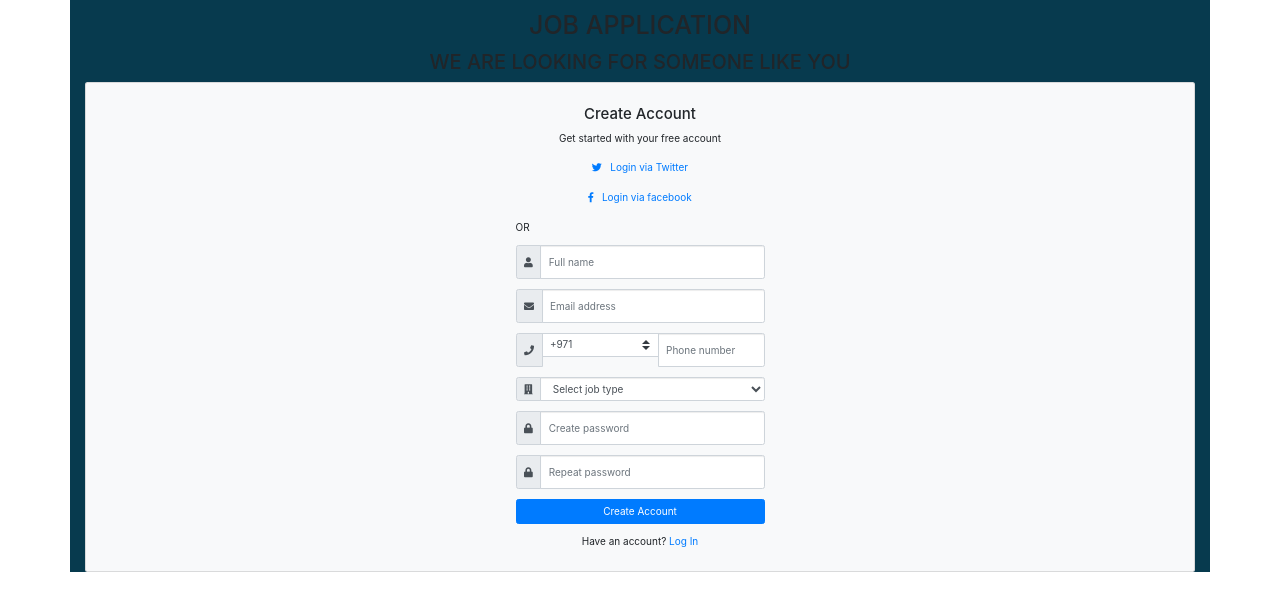
Repository: jenny241093/JS-Core
Page: 03.JSApplications/06.JSForFrontEndEx/skeleton/index.html
The author's editor kept a copy of each file at every save. The page is drawn from the files as they stood at one save, then again after the next save.
The browser window is 1280 px wide. The pictures show the whole page.
Some web libraries are served in a nearby version.

Above is the page before, as saved 2019-04-01 15:07:13.

After the next save:
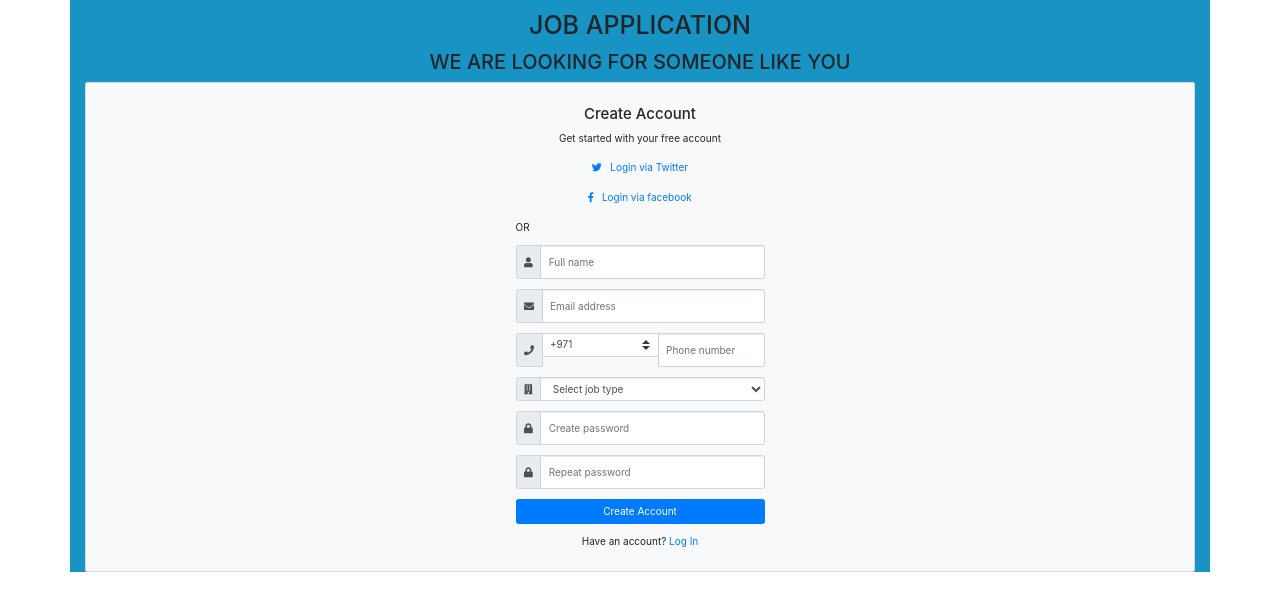
Saved 26 s later.
--- a/03.JSApplications/06.JSForFrontEndEx/skeleton/index.html
+++ b/03.JSApplications/06.JSForFrontEndEx/skeleton/index.html
@@ -19,7 +19,7 @@
     <link rel="stylesheet" href="https://use.fontawesome.com/releases/v5.0.8/css/all.css">
 
 
-    <div class="container" style="background-color:rgb(7, 58, 78)">
+    <div class="container" style="background-color:rgb(23, 147, 196)">
         <h1 class="card-title mt-3 text-center">JOB APPLICATION</h1>
         <h2 class="card-title mt-3 text-center">WE ARE LOOKING FOR SOMEONE LIKE YOU</h2>
         <div class="card bg-light">
